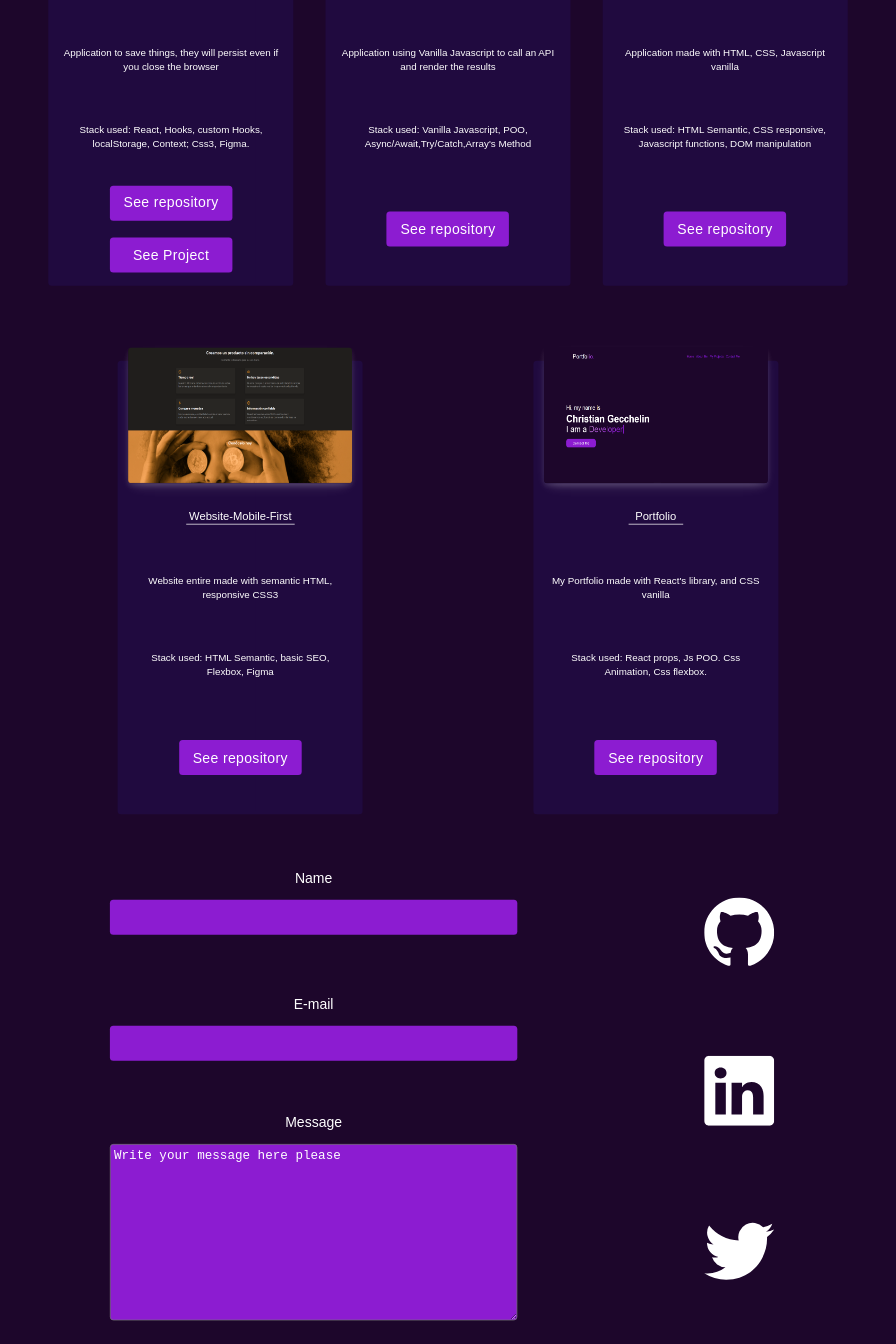
Repository: ChristianGecchelin/portfolio-web
Page: /
An editor plug-in stored every save of this project. The page is shown before and after the next save, followed by the edit.
The browser window is 1280 px wide. The pictures show the part of the page from y = 1715 to 3635 px (the page is 3635 px tall), at 70% of full size.
The pointer rests on the first visible `.socialNetwork-container .card-container`.
The project was rebuilt for these pictures with package versions that can differ from the ones it lists, and the page was loaded fresh each time.

Above is the page before, as saved 2022-01-22 17:59:04.

### public/index.html
<!DOCTYPE html>
<html lang="en">
  <head>
    <meta charset="utf-8" />
    <link rel="icon" href="%PUBLIC_URL%/favicon.ico" />
    <meta name="viewport" content="width=device-width, initial-scale=1" />
    <meta name="theme-color" content="#000000" />
    <meta name="description" content="Portfolio Online Christian Gecchelin" />
    <link rel="apple-touch-icon" href="%PUBLIC_URL%/logo192.png" />

    <link rel="manifest" href="%PUBLIC_URL%/manifest.json" />

    <title>Portfolio Christian</title>
  </head>
  <body>
    <noscript>You need to enable JavaScript to run this app.</noscript>
    <div id="root"></div>
  </body>
</html>

### src/index.js
import React from "react";
import ReactDOM from "react-dom";

import App from "./App/index";
import "./index.css";
ReactDOM.render(<App />, document.getElementById("root"));

### src/App/index.js
import { AppUI } from "./AppUI";
import "./App.css";

function App() {
  return <AppUI></AppUI>;
}

export default App;

### src/index.css
* {
  box-sizing: border-box;
  margin: 0;
  padding: 0;
}
html {
  font-size: 62.5%;
  font-family: "DM Sans", sans-serif;
}
body {
  background: #1d062b;
  width: 100%;
  height: 100vh;
}

### src/App/AppUI.js
import React from "react";
import { Header } from "../Header/Index.js";
import { Home } from "../Home/Index.js";
import { AboutMe } from "../AboutMe/index.js";
import { MyProjects } from "../MyProjects/index.js";
import { ContactMe } from "../ContactMe/index.js";
import "./App.css";

function AppUI() {
  return (
    <>
      <Header />
      <Home />
      <AboutMe />
      <MyProjects />
      <ContactMe />
    </>
  );
}
export { AppUI };

### src/Header/Index.js
import React from "react";
import { NavBar } from "./NavBar";
import "./header.css";

function Header() {
  return (
    <header>
      <h1>
        Portfo<span>lio.</span>
      </h1>
      <NavBar />
    </header>
  );
}
export { Header };

### src/Home/Index.js
import React from "react";
import "./Home.css";
function Home() {
  return (
    <section className="Home-container">
      <div className="text-container">
        <p className="first-lineText">Hi, my name is</p>
        <p className="principal-lineText">Christian Gecchelin</p>
        <p className="secondary-lineText">I am a</p>
        <div className="span-container">
          <span data-text="Developer">Developer </span>
        </div>
      </div>
      <button type="button" className="contact-button">
        Contact Me
      </button>
    </section>
  );
}
export { Home };

### src/AboutMe/index.js
import React from "react";
import "./AboutMe.css";
import profile from "../Assets/profile.jpg";
function AboutMe() {
  return (
    <section className="AboutMe-container">
      <div className="image-container">
        <img
          className="image"
          src={profile}
          alt="Christian Gecchelin"
          title="Christian Gecchelin"
        ></img>
      </div>
      <div className="information-container">
        <p className="">
          Hi I'm Christian, I am a <b>ReactJs</b> junior developer. You can see
          all my projects in the next slide. I have project based on frontEnd
          technologies like HTML5, CSS3, vanilla JavaScript and also ReactJs.
          I'm looking for my first professional experience as an employee.
        </p>
        <button>Curriculum</button>
      </div>
    </section>
  );
}
export { AboutMe };

### src/MyProjects/index.js
import React from "react";
import ToDoApp from "../Assets/to-do-app.png";
import Rick from "../Assets/rick.png";
import Calculator from "../Assets/calculator.png";
import Mobile from "../Assets/mobile.png";
import Portfolio from "../Assets/portfolio.png";
import "./MyProjects.css";
function MyProjects() {
  return (
    <section className="project-section">
      <div className="vh-container">
        <div className="project-card">
          <img
            className="card-image"
            src={ToDoApp}
            alt="ToDoAppImage"
            title="ToDoAppImage"
          ></img>
          <div className="card-text-container">
            <h3 className="card-title">To-Do-App</h3>
            <p className="card-text">
              Application to save things, they will persist even if you close
              the browser
            </p>
            <p className="card-text">
              Stack used: React, Hooks, custom Hooks, localStorage, Context;
              Css3, Figma.
            </p>
          </div>
          <div className="button-container">
            <button>See repository</button>
            <button>See Project</button>
            {/* Crear componentes botones */}
          </div>
        </div>
      </div>
      <div className="vh-container">
        <div className="project-card">
          <img
            className="card-image"
            src={Rick}
            alt="ToDoAppImage"
            title="ToDoAppImage"
          ></img>
          <div className="card-text-container">
            <h3 className="card-title xl">Rick And Morty</h3>
            <p className="card-text">
              Application using Vanilla Javascript to call an API and render the
              results
            </p>
            <p className="card-text">
              Stack used: Vanilla Javascript, POO, Async/Await,Try/Catch,Array's
              Method
            </p>
          </div>
          <div className="button-container">
            <button>See repository</button>
            {/* Crear componentes botones */}
          </div>
        </div>
      </div>
      <div className="vh-container">
        <div className="project-card">
          <img
            className="card-image"
            src={Calculator}
            alt="ToDoAppImage"
            title="ToDoAppImage"
          ></img>
          <div className="card-text-container">
            <h3 className="card-title">Calculator</h3>
            <p className="card-text">
              Application made with HTML, CSS, Javascript vanilla
            </p>
            <p className="card-text">
              Stack used: HTML Semantic, CSS responsive, Javascript functions,
              DOM manipulation
            </p>
          </div>
          <div className="button-container">
            <button>See repository</button>
            {/* Crear componentes botones */}
          </div>
        </div>
      </div>
      <div className="vh-container">
        <div className="project-card">
          <img
            className="card-image"
            src={Mobile}
            alt="ToDoAppImage"
            title="ToDoAppImage"
          ></img>
          <div className="card-text-container">
            <h3 className="card-title xl">Website-Mobile-First</h3>
            <p className="card-text">
              Website entire made with semantic HTML, responsive CSS3
            </p>
            <p className="card-text">
              Stack used: HTML Semantic, basic SEO, Flexbox, Figma
            </p>
          </div>
          <div className="button-container">
            <button>See repository</button>
            {/* Crear componentes botones */}
          </div>
        </div>
      </div>
      <div className="vh-container">
        <div className="project-card">
          <img
            className="card-image"
            src={Portfolio}
            alt="Portfolio"
            title="Portfolio"
          ></img>
          <div className="card-text-container">
            <h3 className="card-title">Portfolio</h3>
            <p className="card-text">
              My Portfolio made with React's library, and CSS vanilla
            </p>
            <p className="card-text">
              Stack used: React props, Js POO. Css Animation, Css flexbox.
            </p>
          </div>
          <div className="button-container">
            <button>See repository</button>
            {/* Crear componentes botones */}
          </div>
        </div>
      </div>
    </section>
  );
}
export { MyProjects };

### src/ContactMe/index.js
import React from "react";
import { BsGithub } from "react-icons/bs";
import { BsLinkedin } from "react-icons/bs";
import { BsTwitter } from "react-icons/bs";
import "./ContactMe.css";
function ContactMe() {
  return (
    <section className="ContactMe-container">
      <div className="form-container">
        <form>
          <div className="form-section-container">
            <label>Name</label>
            <input type={"text"}></input>
          </div>
          <div className="form-section-container">
            <label>E-mail</label>
            <input type={"email"}></input>
          </div>
          <div className="form-section-container xl">
            <label>Message</label>
            <textarea placeholder="Write your message here please"></textarea>
          </div>
        </form>
      </div>
      <div className="socialNetwork-container">
        <div className="card-container">
          <a href="https://github.com/ChristianGecchelin">
            <BsGithub />
          </a>
        </div>
        <div className="card-container">
          <a href="https://www.linkedin.com/in/christiangecchelin/">
            <BsLinkedin />
          </a>
        </div>
        <div className="card-container">
          <a href="https://twitter.com/ChristianGecche">
            <BsTwitter />
          </a>
        </div>
      </div>
    </section>
  );
}
export { ContactMe };

### src/Header/NavBar/index.js
import React from "react";
import { MobileNavigation } from "./MobileNavigation";
import { Navigation } from "./Navigation";
import "./NavBar.css";
function NavBar() {
  return (
    <div className="NavBar">
      <MobileNavigation />
      <Navigation />
    </div>
  );
}
export { NavBar };

### src/Header/header.css
header {
  display: flex;
  flex-direction: row;
  justify-content: space-around;
  align-items: center;
  gap: 5%;
  width: 100%;
  height: 15vh;
}
header h1 {
  margin: 0;
  width: 20%;
  min-width: 200px;
  font-size: 3.5rem;
  letter-spacing: 1px;
  font-weight: 500;
  color: #fff;
}
header h1 span {
  background: linear-gradient(147deg, #ce93d8 0%, #8c1cd1 74%);
  background-clip: text;
  color: transparent;
  font-weight: 500;
}
@media (max-width: 750px) {
  header {
    justify-content: center;
    gap: 0;
  }
}

### src/Home/Home.css
.Home-container {
  position: relative;
  display: flex;
  flex-direction: column;
  justify-content: center;
  align-items: flex-start;
  width: 80%;
  min-width: 280px;
  height: 85vh;
  margin: 0 auto;
  gap: 30px;
}
.Home-container .text-container {
  display: flex;
  flex-direction: row;
  align-items: flex-start;
  flex-wrap: wrap;
  width: 100%;
  height: auto;
  text-align: left;
}
.Home-container .text-container .first-lineText {
  width: 100%;
  font-size: 3.5rem;
  font-weight: 500;
  line-height: 6rem;
  color: #fff;
}
.Home-container .text-container .principal-lineText {
  width: 100%;
  font-size: 6rem;
  font-weight: 700;
  color: #fff;
}
.Home-container .text-container .secondary-lineText {
  font-size: 5rem;
  font-weight: 500;
  color: #fff;
  line-height: 5.2rem;
}
.span-container {
  position: relative;
  display: inline-block;
  margin-left: 15px;
  height: 52px;
}
.Home-container .text-container span {
  /* color: #1d062b;
  -webkit-text-stroke: 0.3vw yellow; */
  font-size: 5rem;
  font-weight: 500;
  line-height: 5.2rem;
  color: #1d062b;
}
.Home-container .text-container span::before {
  content: attr(data-text);
  position: absolute;
  top: 0;
  left: 0px;
  width: 0;
  height: 100%;
  padding-right: 3.9px;
  background: linear-gradient(147deg, #ce93d8 0%, #8c1cd1 74%);
  background-clip: text;
  color: transparent;
  border-right: 5px solid #8c1cd1;
  overflow: hidden;
  animation: animate 6s linear infinite;
}
.Home-container .contact-button {
  outline: none;
  width: 200px;
  height: 50px;
  background: #8c1cd1;
  border: none;
  border-radius: 15px;
  color: white;
  font-size: 2rem;
  letter-spacing: 1px;
  cursor: pointer;
}
@keyframes animate {
  0%,
  10%,
  100% {
    width: 0%;
  }
  70%,
  90% {
    width: 100%;
  }
}
@media (max-width: 769px) {
  .Home-container {
    align-items: center;
  }
  .Home-container .text-container {
    justify-content: center;
    text-align: center;
    align-items: center;
  }
}

### src/AboutMe/AboutMe.css
.AboutMe-container {
  display: flex;
  flex-direction: row;
  justify-content: center;
  align-items: center;
  flex-wrap: wrap;
  width: 90%;
  min-width: 300px;
  height: 100vh;
  margin: 0 auto;
}
.AboutMe-container .image-container {
  width: 50%;
  height: 50%;
  min-width: 320px;
}
.AboutMe-container .image-container .image {
  object-fit: cover;
  width: 100%;
  height: 100%;
}
.AboutMe-container .information-container {
  display: flex;
  flex-direction: column;
  justify-content: center;
  align-items: center;
  width: 50%;
  height: 50%;
  min-width: 320px;
  text-align: justify;
  gap: 30px;
}
.AboutMe-container .information-container p {
  font-size: 1.6rem;
  line-height: 2.2rem;
  font-weight: 400;
  color: #fff;
}
.AboutMe-container .information-container button {
  width: 200px;
  height: 50px;
  background: #8c1cd1;
  border: none;
  border-radius: 15px;
  color: white;
  font-size: 2rem;
  letter-spacing: 1px;
  cursor: pointer;
  margin: 0 auto;
}
@media (min-width: 700px) {
  .AboutMe-container {
    gap: 20px;
    flex-wrap: nowrap;
  }
  .AboutMe-container .image-container {
    width: 45%;
    height: 100%;
  }
  .AboutMe-container .information-container {
    height: 100%;
  }
}

### src/MyProjects/MyProjects.css
.project-section {
  display: flex;
  flex-direction: row;
  flex-wrap: wrap;
  align-items: center;
  justify-content: center;
  height: auto;
  min-width: 320px;
  margin: 0 auto;
}
.project-section .vh-container {
  display: flex;
  flex-direction: row;
  flex-wrap: wrap;
  align-items: center;
  justify-content: center;
  height: 100vh;
  min-width: 320px;
  margin: 0 auto;
}
.project-section .vh-container .project-card {
  position: relative;
  display: flex;
  flex-direction: column;
  justify-content: flex-start;
  align-items: center;
  max-width: 350px;
  min-width: 320px;
  height: 100vh;
  background: rgba(49, 27, 146, 0.2);
  text-align: center;
  gap: 5%;
}
.project-section .vh-container .project-card .card-image {
  width: 320px;
  height: 30%;
  object-fit: fill;
  box-shadow: 0px 8px 18px -9px rgba(255, 255, 255, 0.3),
    0px 4px 8px rgba(255, 255, 255, 0.1);
}
.project-section .vh-container .project-card .card-text-container {
  display: flex;
  flex-direction: column;
  align-items: center;
  justify-content: center;
  gap: 70px;
  height: 35%;
}
.project-section .vh-container .project-card .card-text-container .card-title {
  width: 25%;
  margin: 0 auto;
  font-size: 1.6rem;
  line-height: 2rem;
  font-weight: 500;
  color: #fff;
  border-bottom: 1px solid white;
}
.project-section .vh-container .project-card .card-text-container .xl {
  width: 50%;
}
.project-section .vh-container .project-card .card-text-container .card-text {
  font-size: 1.4rem;
  line-height: 2rem;
  font-weight: 400;
  color: #fff;
}

.project-section .vh-container .project-card .button-container {
  display: flex;
  flex-direction: column;
  align-items: center;
  justify-content: center;
  width: 100%;
  height: 25%;
  gap: 15%;
}
.project-section .vh-container .project-card .button-container button {
  height: 50px;
  width: 50%;
  min-width: 175px;
  padding: 5px 10px;
  outline: none;
  border: none;
  border-radius: 5px;
  color: #fff;
  background: #8c1cd1;
  font-size: 2rem;
  letter-spacing: 0.5px;
  cursor: pointer;
}
@media (min-width: 700px) {
  .project-section {
    justify-content: space-around;
    width: 90%;
    gap: 35px;
  }
  .project-section .vh-container .project-card {
    height: 90%;
    position: relative;
    justify-content: flex-end;
    border-radius: 5px;
  }
  .project-section .vh-container .project-card .card-image {
    position: absolute;
    top: calc(-3%);
    border-radius: 5px;
  }
  .project-section .vh-container .project-card .card-text-container {
    height: 241px;
    padding: 0 20px;
  }
}

### src/ContactMe/ContactMe.css
.ContactMe-container {
  display: flex;
  flex-direction: row;
  flex-wrap: wrap;
  align-items: center;
  justify-content: center;
  height: 100vh;
  width: 100%;
  min-width: 320px;
}
.ContactMe-container .form-container {
  height: 100vh;
  min-width: 320px;
  width: 45%;
  text-align: center;
}
.ContactMe-container .form-container form {
  display: flex;
  flex-direction: column;
  align-items: center;
  justify-content: space-around;
  width: 100%;
  height: 100%;
}
.ContactMe-container .form-container form .form-section-container {
  display: flex;
  flex-direction: column;
  align-items: center;
  justify-content: center;
  width: 70%;
  height: 25%;
  gap: 20px;
}
.ContactMe-container .form-container form .xl {
  height: 50%;
}
.ContactMe-container .form-container form label {
  color: #fff;
  font-size: 2rem;
  line-height: 2.2rem;
}
.ContactMe-container .form-container form input {
  height: 50px;
  width: 100%;
  border: none;
  outline: none;
  border-radius: 5px;
  background: #8c1cd1;
  padding: 5px;
  color: #fff;
  font-size: 1.6rem;
}
.ContactMe-container .form-container form textarea {
  height: 70%;
  width: 100%;
  background: #8c1cd1;
  padding: 5px;
  color: #fff;
  border-radius: 5px;
  font-size: 1.8rem;
}
.ContactMe-container .form-container form textarea::placeholder {
  color: #fff;
  font-size: 1.8rem;
}
.ContactMe-container .form-container form textarea:focus {
  outline: none;
  border: 2px solid rgb(156, 156, 156);
}
.ContactMe-container .form-container form input:focus {
  border: 2px solid rgb(156, 156, 156);
}
.socialNetwork-container {
  display: flex;
  flex-direction: column;
  flex-wrap: wrap;
  align-items: center;
  justify-content: center;
  height: 100vh;
  width: 45%;
  min-width: 320px;
  gap: 10px;
}
.socialNetwork-container .card-container {
  display: flex;
  flex-direction: column;
  justify-content: center;
  align-items: center;
  width: 50%;
  height: 30%;
}
.socialNetwork-container .card-container svg {
  width: 10rem;
  height: 10rem;
  margin: auto;
  color: #fff;
}
@media (min-width: 700px) {
  .ContactMe-container .form-container {
    width: 65%;
  }
  .socialNetwork-container {
    width: 30%;
    min-width: 0px;
  }
}

### src/Header/NavBar/MobileNavigation.js
import React, { useState } from "react";
import "./NavBar.css";
import { NavLinks } from "./NavLinks";
import { TiThMenu } from "react-icons/ti";
function MobileNavigation() {
  const [open, setOpen] = useState(false);
  const closeMobileMenu = () => setOpen(false);
  return (
    <nav className="MobileNavigation">
      <TiThMenu className="hamburguer" onClick={() => setOpen(!open)} />
      {open && <NavLinks isMobile={true} closeMobileMenu={closeMobileMenu} />}
    </nav>
  );
}
export { MobileNavigation };

### src/Header/NavBar/Navigation.js
import React from "react";
import "./NavBar.css";
import { NavLinks } from "./NavLinks";
function Navigation() {
  return (
    <nav className="Navigation">
      <NavLinks />
    </nav>
  );
}
export { Navigation };

### src/Header/NavBar/NavBar.css
.NavBar .MobileNavigation {
  display: none;
}
.NavBar .Navigation {
  display: flex;
  align-items: center;
}
.NavBar nav ul {
  display: flex;
  flex-direction: row;
  justify-content: flex-end;
  gap: 15px;
  text-align: center;
  list-style: none;
}
.NavBar nav ul li a {
  font-size: 1.8rem;
  font-weight: 500;
  line-height: 2rem;
  text-decoration: none;
  color: #8c1cd1;
}
a:visited {
  color: #8c1cd1;
}
.NavBar nav ul li a:hover {
  color: #fff;
}
@media (max-width: 750px) {
  .NavBar .Navigation {
    display: none;
  }
  .NavBar .MobileNavigation {
    display: flex;
    align-items: center;
  }
  .NavBar .MobileNavigation .hamburguer {
    position: absolute;
    color: #fff;
    height: 2rem;
    width: 2rem;
    cursor: pointer;
    z-index: 2;
  }
  .NavBar nav ul {
    display: flex;
    flex-direction: column;
    justify-content: center;
    gap: 10px;
    position: absolute;
    margin: 0;
    top: 0;
    right: 0;
    width: 100%;
    height: 100vh;
    background: rgba(0, 0, 0, 0.95);
    text-align: center;
    z-index: 1;
  }
  .NavBar nav ul li a {
    font-size: 2.4rem;
    font-weight: 500;
    line-height: 2.5rem;
    text-decoration: none;
    letter-spacing: 1px;
  }
  a:visited {
    color: #8c1cd1;
  }
}

### src/Header/NavBar/NavLinks.js
import React from "react";
import "./NavBar.css";
import { motion } from "framer-motion";
function NavLinks(props) {
  const animateFrom = { opacity: 0, y: -40 };
  const animateTo = { opacity: 1, y: 0 };
  return (
    <ul>
      <motion.li
        initial={animateFrom}
        animate={animateTo}
        transition={{ delay: 0.05 }}
        onClick={() => props.isMobile && props.closeMobileMenu()}
      >
        <a href="#home">Home</a>
      </motion.li>
      <motion.li
        initial={animateFrom}
        animate={animateTo}
        transition={{ delay: 0.1 }}
        onClick={() => props.isMobile && props.closeMobileMenu()}
      >
        <a href="#aboutMe">About Me</a>
      </motion.li>
      <motion.li
        initial={animateFrom}
        animate={animateTo}
        transition={{ delay: 0.2 }}
        onClick={() => props.isMobile && props.closeMobileMenu()}
      >
        <a href="#myProjects">My Projects</a>
      </motion.li>
      <motion.li
        initial={animateFrom}
        animate={animateTo}
        transition={{ delay: 0.3 }}
        onClick={() => props.isMobile && props.closeMobileMenu()}
      >
        <a href="#contactMe">Contact Me</a>
      </motion.li>
    </ul>
  );
}
export { NavLinks };

Loaded but not shown: src/App/App.css (common file); public/manifest.json (common file)

After the next save:
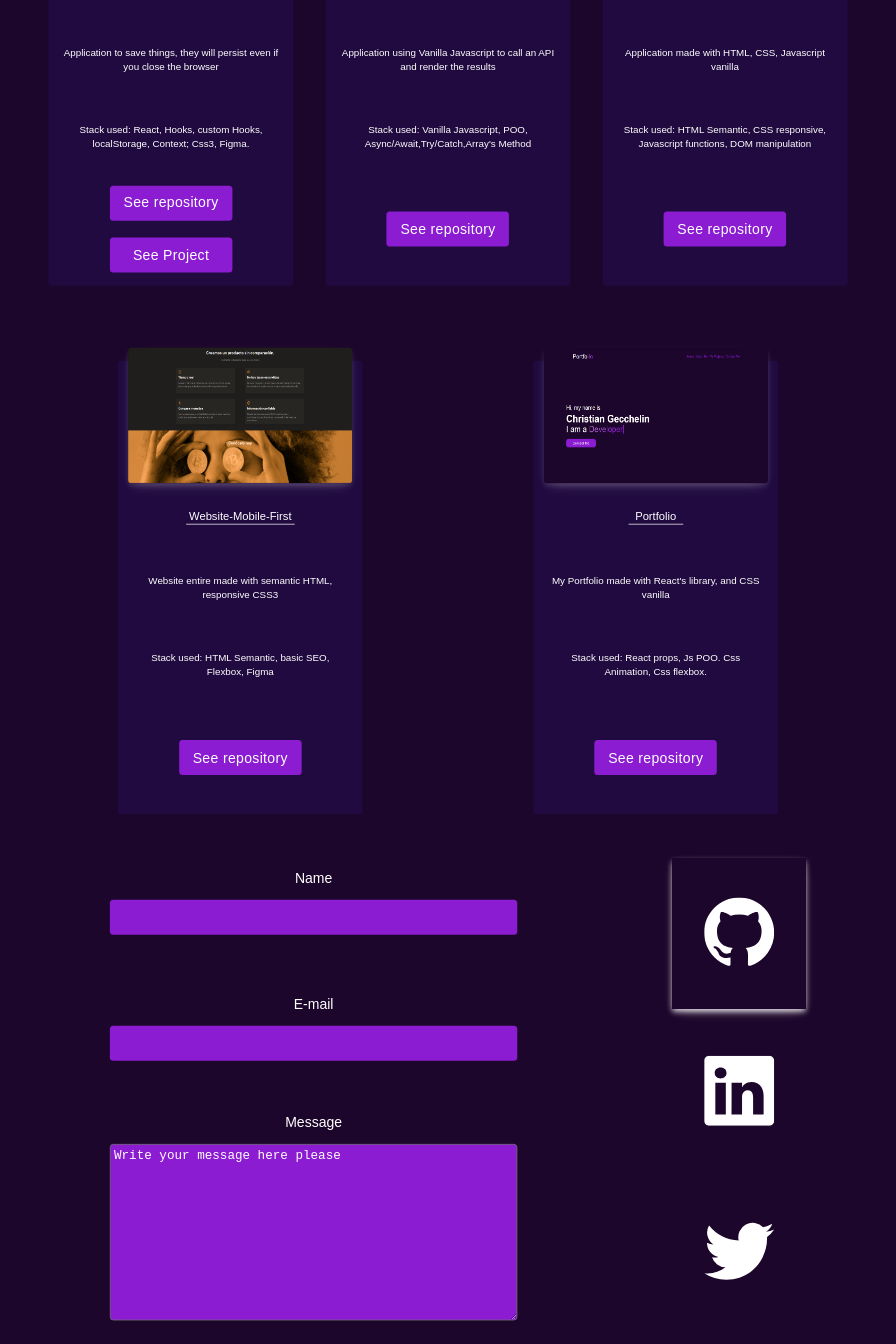
Saved 2 min 3 s later.
--- a/src/ContactMe/ContactMe.css
+++ b/src/ContactMe/ContactMe.css
@@ -70,6 +70,7 @@
 .ContactMe-container .form-container form input:focus {
   border: 2px solid rgb(156, 156, 156);
 }
+
 .socialNetwork-container {
   display: flex;
   flex-direction: column;
@@ -95,6 +96,10 @@
   margin: auto;
   color: #fff;
 }
+.socialNetwork-container .card-container:hover {
+  box-shadow: 0px 8px 18px -9px rgba(255, 255, 255, 0.6),
+    0px 4px 8px rgba(255, 255, 255, 0.8);
+}
 @media (min-width: 700px) {
   .ContactMe-container .form-container {
     width: 65%;
